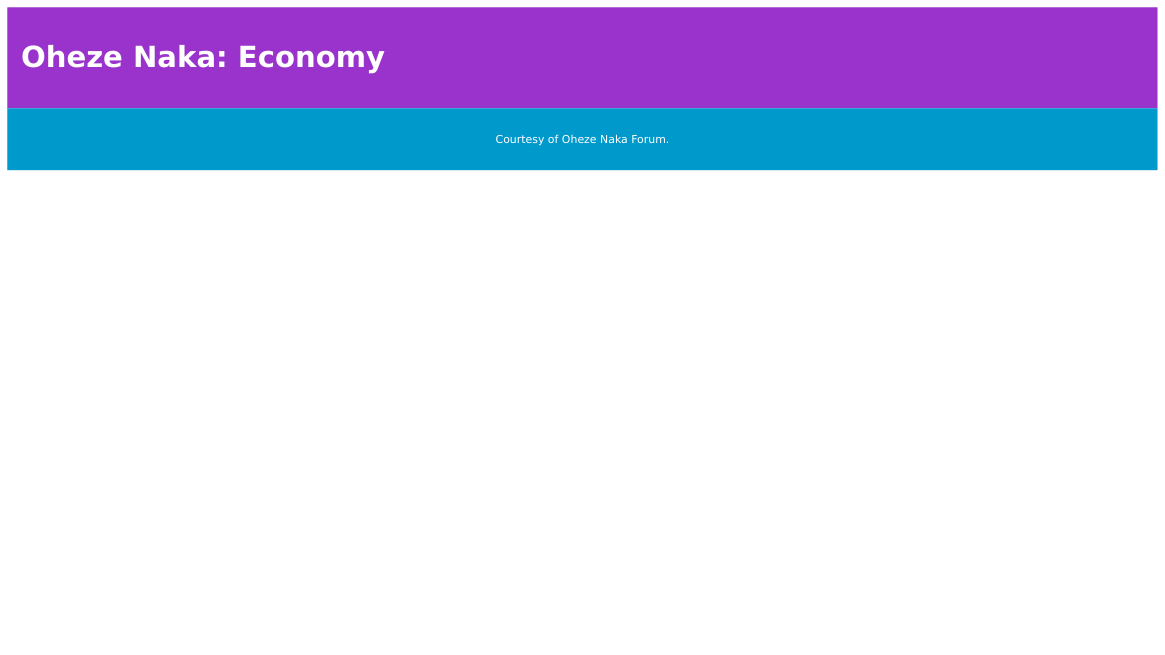
Repository: OtasowieRotimiOsifo/oheze-naka-forum
Page: economy.html
An editor plug-in stored every save of this project. The page is shown before and after the next save, followed by the edit.
The browser window is 1280 px wide. The pictures show the whole page, at 91% of full size.

Above is the page before, as saved 2021-04-01 22:36:07.

After the next save:
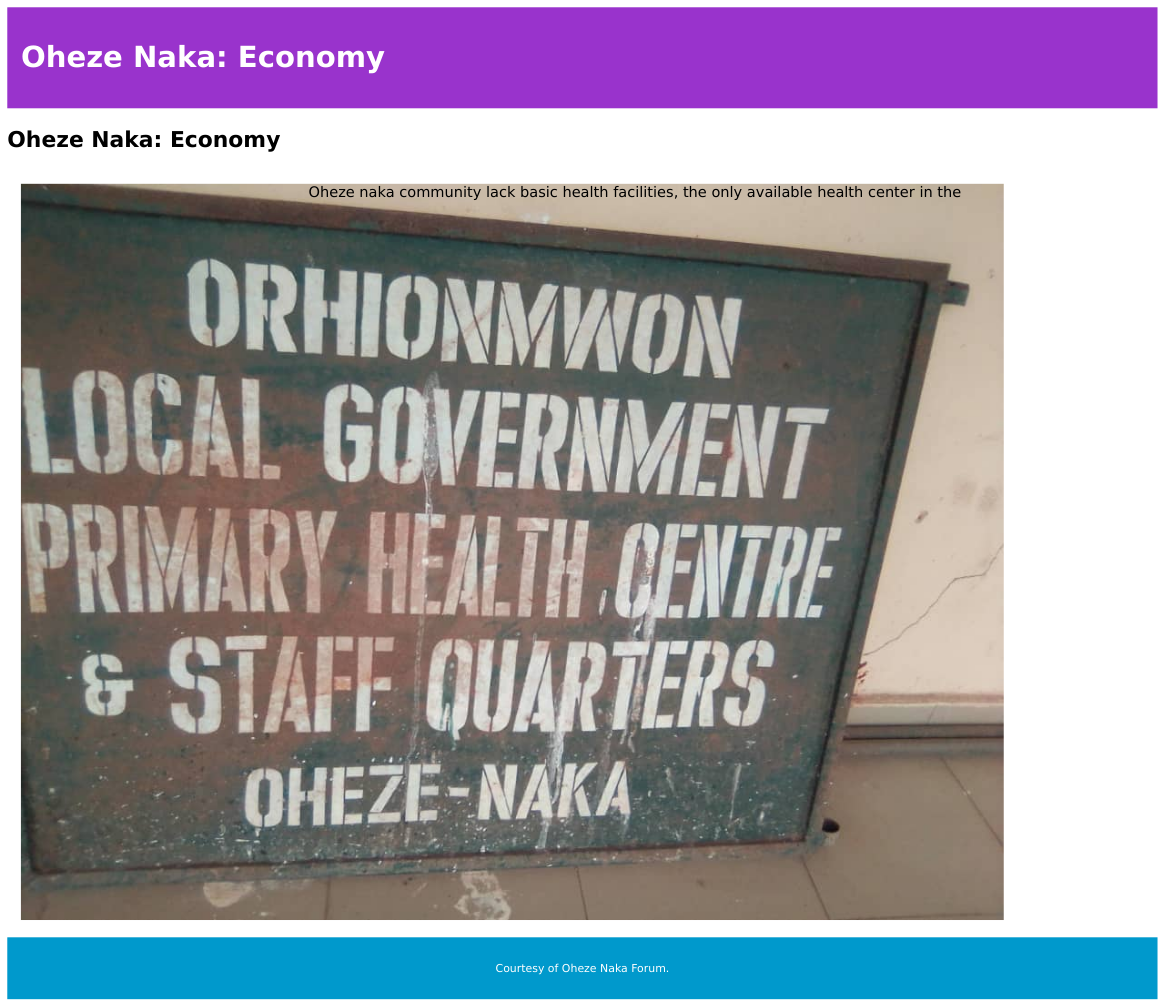
Saved 3 min 13 s later.
--- a/economy.html
+++ b/economy.html
@@ -107,7 +107,17 @@ html {
 <div class="header">
   <h1>Oheze Naka: Economy</h1>
 </div>
+<div class="row">
+  <h2>Oheze Naka: Economy</h2>
+  <div  class="col-3 col-s-3">
+      <img src="img/maternity-sign.jpeg"/>
+  </div>
+  <div class="col-8 col-s-9">
+      <span>Oheze naka community lack basic health facilities, the only available health center in the </span>
 
+
+    </div>
+  </div>
 
 <div class="footer">
   <p>Courtesy of Oheze Naka Forum.</p>
